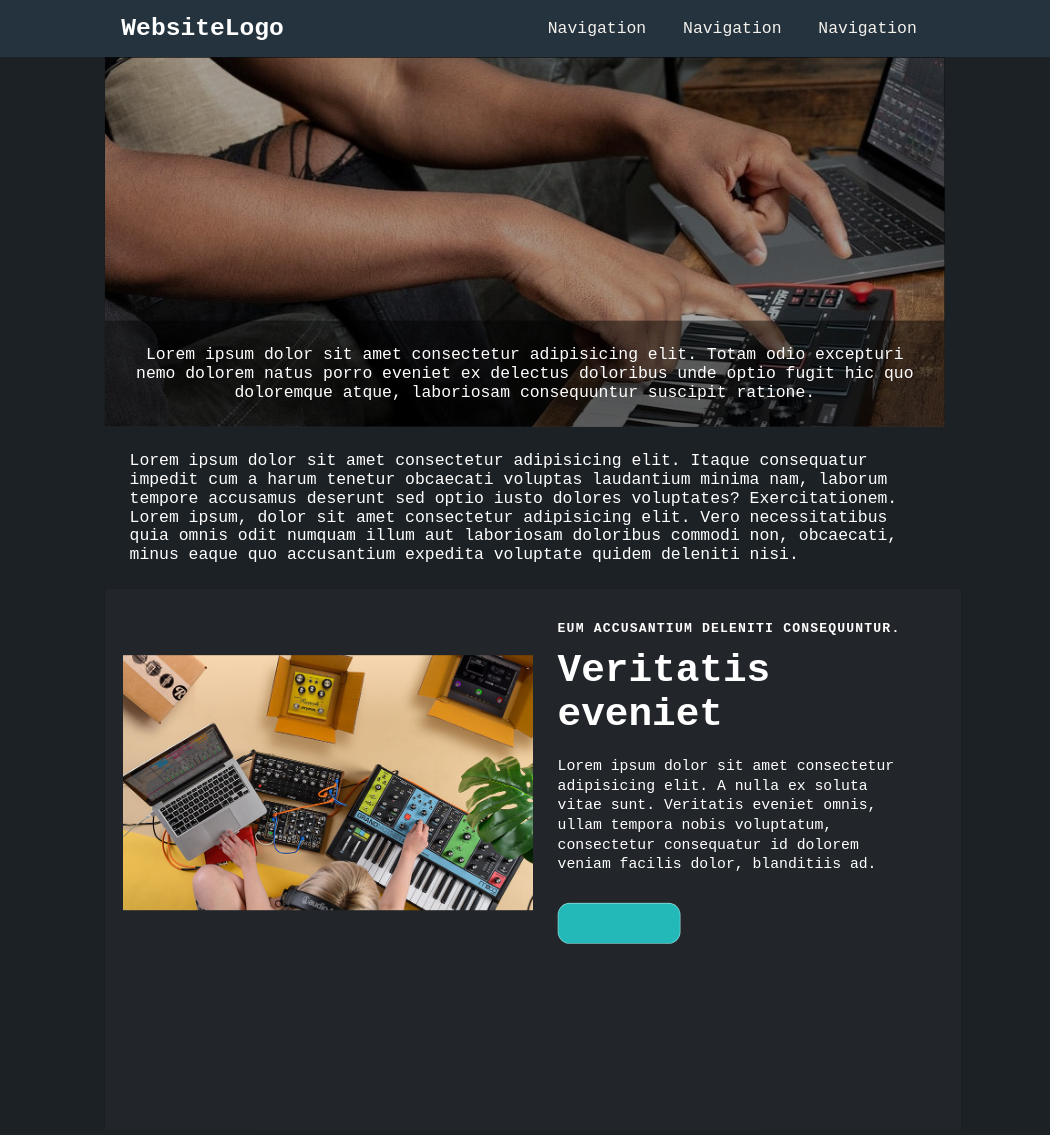
Repository: piotrokrutniak/Projekt-Studia
Page: index.html
These files come from the project's save history. The page is drawn as it stood at one moment and after the next save; the edit follows.
The browser window is 1280 px wide. The pictures show the whole page, at 82% of full size.

Above is the page before, as saved 2023-03-04 15:46:25.

After the next save:
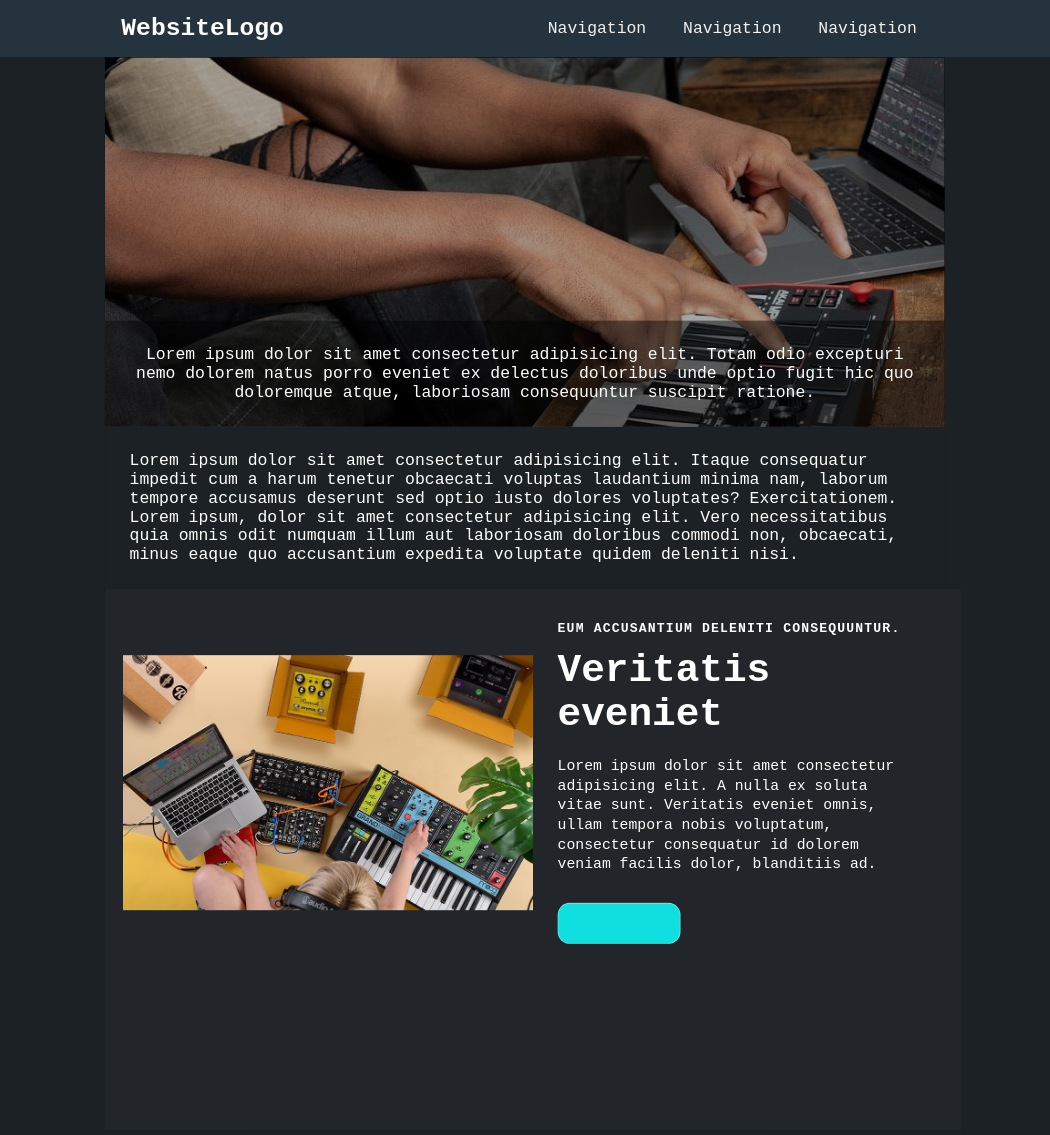
Saved 15 s later.
--- a/styles.css
+++ b/styles.css
@@ -316,7 +316,7 @@ a{
 
 .post-button{
     min-width: 150px;
-    background-color: rgb(36, 185, 185);
+    background-color: rgb(16, 223, 223);
     border: 1px solid rgba(255, 255, 255, 0.418);
     border-radius: 15px;
     height: 50px;
